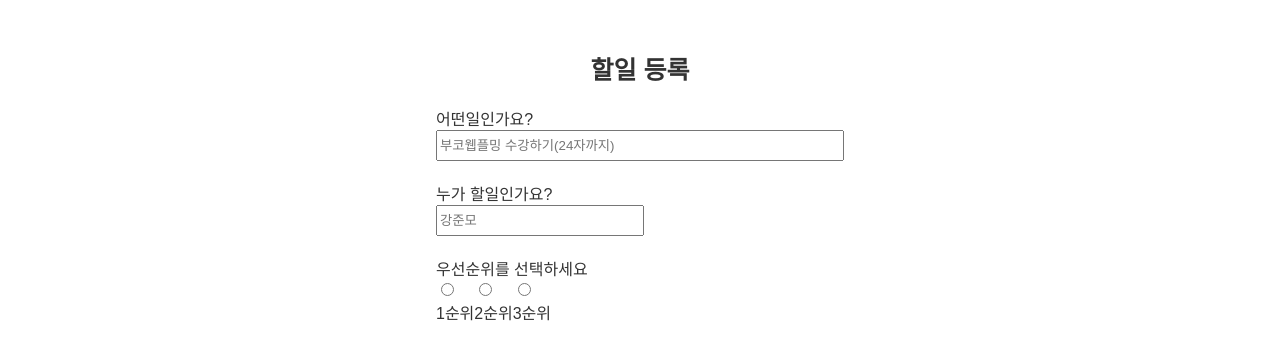
Repository: JmKanmo/BoostCourse_WebProgramming
Page: http://localhost/Todo/TodoFormServlet
The author's editor kept a copy of each file at every save. The page is drawn from the files as they stood at one save, then again after the next save.
The browser window is 1280 px wide. The pictures show the whole page.
The page is served by Tomcat 9. Other server files are loaded and not shown.

Above is the page before, as saved 2020-01-20 23:41:05.

### Todo/src/main/webapp/todoForm.jsp
<%@ page language="java" contentType="text/html; charset=UTF-8"
	pageEncoding="UTF-8"%>
<!DOCTYPE html>
<html>
<head>
<meta charset="UTF-8">
<title>Insert title here</title>
<link rel="stylesheet" href="./css/todoForm.css">
</head>

<body>
	<div class="wrap">
		<form action="">
			<h1 class="title">할일 등록</h1>

			<div class="work_box">
				<label for="work">어떤일인가요?</label> <input type="text" id="work"
					class="workInput" placeholder="부코웹플밍 수강하기(24자까지)" required />
			</div>

			<div class="who_box">
				<label for="who">누가 할일인가요?</label> <input type="text" id="who"
					class="whoInput" placeholder="강준모" required />
			</div>

			<div class="priority_box clear_fix">
				<label for="priority_1th">우선순위를 선택하세요</label>

				<div class="priority clear_fix">
					<input type="radio" id="priority_1th" name="priority" value="1th">
					<label for="priority_1th">1순위</label>
				</div>

				<div class="priority clear_fix">
					<input type="radio" id="priority_2th" name="priority" value="2th">
					<label for="priority_2th">2순위</label>
				</div>

				<div class="priority clear_fix">
					<input type="radio" id="priority_3th" name="priority" value="3th">
					<label for="priority_3th">3순위</label>
				</div>
			</div>


		</form>
	</div>
</body>
</html>

### Todo/src/main/java/Todo/TodoFormServlet.java
package Todo;

import java.io.IOException;

import javax.servlet.RequestDispatcher;
import javax.servlet.ServletException;
import javax.servlet.annotation.WebServlet;
import javax.servlet.http.HttpServlet;
import javax.servlet.http.HttpServletRequest;
import javax.servlet.http.HttpServletResponse;

/**
 * Servlet implementation class TodoFormServlet
 */
@WebServlet("/TodoFormServlet")
public class TodoFormServlet extends HttpServlet {
	private static final long serialVersionUID = 1L;

	/**
	 * @see HttpServlet#HttpServlet()
	 */
	public TodoFormServlet() {
		super();
		// TODO Auto-generated constructor stub
	}

	/**
	 * @see HttpServlet#doGet(HttpServletRequest request, HttpServletResponse
	 *      response)
	 */
	protected void doGet(HttpServletRequest request, HttpServletResponse response)
			throws ServletException, IOException {
		// TODO Auto-generated method stub
		RequestDispatcher requestDispatcher = getServletContext().getRequestDispatcher("/todoForm.jsp");
		requestDispatcher.forward(request, response);
	}

}

### Todo/src/main/webapp/css/todoForm.css
@charset "utf-8";

/* 초기화 */
html, body, h1, h2, h3, ul, ol, p, a, dl, dt, dd, figure {
	margin: 0;
	padding: 0;
	font-family: '나눔 고딕', NanumGothic, '돋움', Dotum, sans-serif;
	list-style: none;
	font-weight: normal;
	text-decoration: none;
	outline: none;
	color: #333;
}

.clear_fix::after {
	display: block;
	content: "";
	clear: both;
}

.blind {
	position: absolute;
	clip: rect(0, 0, 0, 0);
	width: 1px;
	height: 1px;
	margin: -1px;
	overflow: hidden;
}

.wrap {
	width: max-content;
	margin: 50px auto;
}

.wrap .title {
	font-size: 25px;
	text-align: center;
	font-weight: bold;
	text-align: center;
}

.work_box, .who_box, .priority_box {
	margin-top: 20px;
}

.work_box input {
	width: 400px;
	height: 25px;
}

.wrap label {
	display: block;
}

.who_box input {
	height: 25px;
	width: 200px;
}

.priority_box .priority {
	float: left;
}

After the next save:
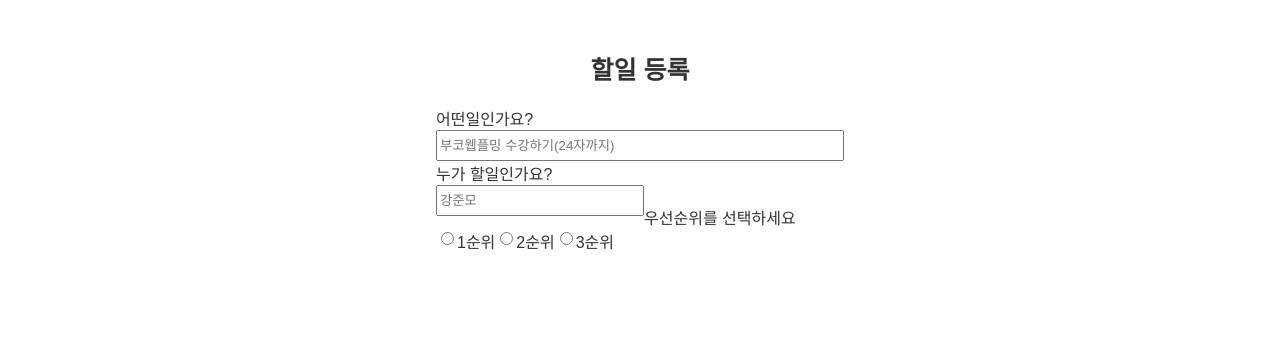
Saved 72 s later.
--- a/Todo/src/main/webapp/css/todoForm.css
+++ b/Todo/src/main/webapp/css/todoForm.css
@@ -60,3 +60,7 @@ html, body, h1, h2, h3, ul, ol, p, a, dl, dt, dd, figure {
 .priority_box .priority {
 	float: left;
 }
+
+.priority label, input {
+	float: left;
+}
